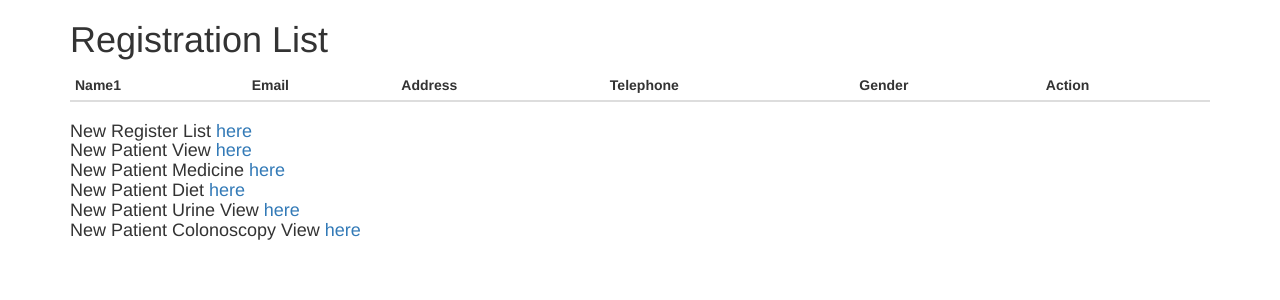
Repository: SACHINnANYAKKARA/2nd_Year_final_Project
Page: http://localhost/SpringMVCHibernateCRUD/WEB-INF/pages/home.jsp
An editor plug-in stored every save of this project. The page is shown before and after the next save, followed by the edit.
The browser window is 1280 px wide. The pictures show the whole page.
The page is served by Tomcat 9. Nobody is signed in. Other server files are loaded and not shown. The template is opened directly, without the code that normally fills it, so the values that code supplies are empty.

Above is the page before, as saved 2018-03-30 14:44:49.

### SpringMVCHibernateCRUD/src/main/webapp/WEB-INF/pages/home.jsp
<%@page contentType="text/html" pageEncoding="UTF-8"%>
<!DOCTYPE HTML PUBLIC "-//W3C//DTD HTML 4.01 Transitional//EN"
   "http://www.w3.org/TR/html4/loose.dtd">
<%@ taglib uri="http://java.sun.com/jsp/jstl/core" prefix="c" %>

<html>
<head>
<meta http-equiv="Content-Type" content="text/html; charset=UTF-8">
<meta charset="utf-8">
  <meta name="viewport" content="width=device-width, initial-scale=1">
  <link rel="stylesheet" href="https://maxcdn.bootstrapcdn.com/bootstrap/3.3.7/css/bootstrap.min.css">
  <script src="https://ajax.googleapis.com/ajax/libs/jquery/3.3.1/jquery.min.js"></script>
  <script src="https://maxcdn.bootstrapcdn.com/bootstrap/3.3.7/js/bootstrap.min.js"></script>
<title>Employee Management Screen</title>
</head>
<body>
	<div class="container">
		<h1>Registration List</h1>

		 <table class="table table-condensed">
    <thead>
          <tr>
			<th>Name1</th>
			<th>Email</th>
			<th>Address</th>
			<th>Telephone</th>
			<th>Gender</th>
			<th>Action</th>
           </tr>
          </thead>

           <tbody>
			<c:forEach var="stock" items="${listStock}">
				<tr>

					<td>${stock.full_name}</td>
					<td>${stock.email}</td>
					<td>${stock.address}</td>
					<td>${stock.telephone}</td>
					<td>${stock.gender}</td>
					<td><a href="editStock?ids=${stock.ids}">Edit</a>
						 <a
						href="deleteStock?ids=${stock.ids}">Delete</a></td>

				</tr>
			</c:forEach>
             </tbody>
		</table>
		<h4>
			New Register List <a href="newStock">here</a>
			</br>
			New Patient View <a href="PatientsView">here</a>
		    </br>
		    New Patient Medicine <a href="PatientsMedicines">here</a>
		   <br>
		   New Patient Diet <a href="DietView">here</a>
		   <br>
		    New Patient Urine View <a href="UrineView">here</a>
			<br>
			 New Patient Colonoscopy  View <a href="ColonoscopyView">here</a>



		</h4>
	</div>
</body>
</html>

After the next save:
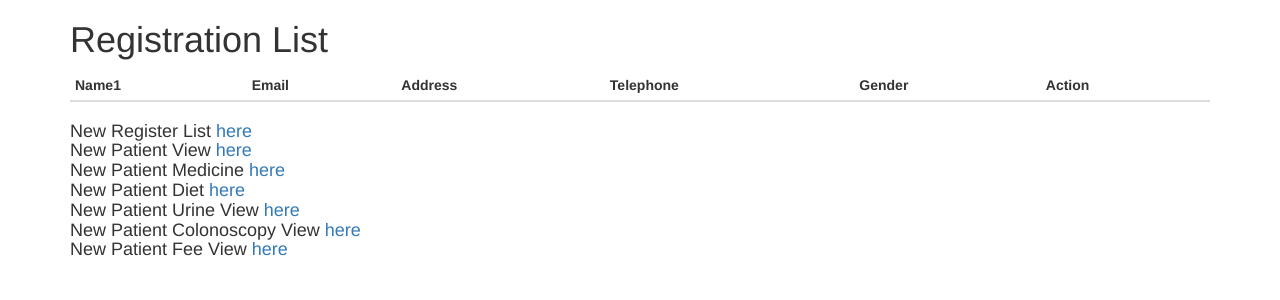
Saved 39 h 40 min later.
--- a/SpringMVCHibernateCRUD/src/main/webapp/WEB-INF/pages/home.jsp
+++ b/SpringMVCHibernateCRUD/src/main/webapp/WEB-INF/pages/home.jsp
@@ -57,7 +57,9 @@
 		   <br>
 		    New Patient Urine View <a href="UrineView">here</a>
 			<br>
-			 New Patient Colonoscopy  View <a href="ColonoscopyView">here</a>
+			New Patient Colonoscopy  View <a href="ColonoscopyView">here</a>
+			<br>
+			New Patient Fee View <a href="PatientFeeView">here</a>
 
 
 
